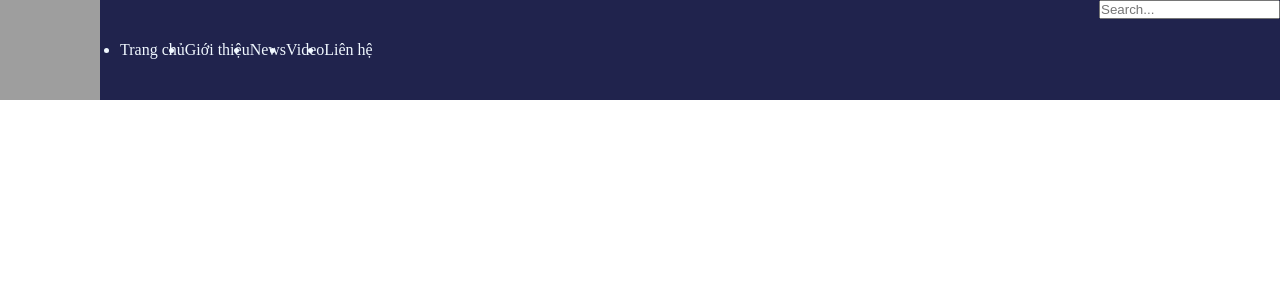
Repository: Luong-tung/newtopics
Page: index2.html
These files come from the project's save history. The page is drawn as it stood at one moment and after the next save; the edit follows.
The browser window is 1280 px wide. The pictures show the whole page.
Pictures or frames that could not be fetched are drawn as grey boxes. Some web libraries are served in a nearby version.

Above is the page before, as saved 2021-10-07 17:57:05.

### index2.html
<!DOCTYPE html>
<html lang="en">
<head>
    <meta charset="UTF-8">
    <meta http-equiv="X-UA-Compatible" content="IE=edge">
    <meta name="viewport" content="width=device-width, initial-scale=1.0">
    <title>trang web thương mai điện tử</title>
    <link rel="stylesheet" href="iu2.css">
    <link rel="stylesheet" href="https://pro.fontawesome.com/releases/v5.10.0/css/all.css" integrity="sha384-AYmEC3Yw5cVb3ZcuHtOA93w35dYTsvhLPVnYs9eStHfGJvOvKxVfELGroGkvsg+p" crossorigin="anonymous"/>
    <link rel="stylesheet" href="grid.css">

</head>
<body>
    <div class="header">
        <div class="logo">
            <img src="https://scontent.fhan3-5.fna.fbcdn.net/v/t1.15752-9/243148085_229171089102243_5702030057696055665_n.png?_nc_cat=109&ccb=1-5&_nc_sid=ae9488&_nc_ohc=MFQrVL-E3ZUAX81UgOR&_nc_ht=scontent.fhan3-5.fna&oh=bf2530340138a8a1eb55384dd7d37a9e&oe=6184EB79" alt="">


            <ul>
                <li><a href="#"></a>Trang chủ</li>
                <li><a href="#"></a>Giới thiệu</li>
                <li><a href="#"></a>News</li>
                <li><a href="#"></a>Video</li>
                <li><a href="#"></a>Liên hệ</li>
            </ul>
        </div>
        <div class="search">
            <form>
                <input type="text" name="Search" placeholder="Search...">
            </form>
        </div>









    </div>
    <script src="./main2.js"></script>
</body>
</html>

### iu2.css
*{
    padding: 0;
    margin: 0;

}
.header{
    width: 100%;
    height: 100px;
    background: rgb(32, 35, 77);
    display: flex;
    justify-content: space-between;

}
.header .logo img{
    width: 100px;
    height: 100px;

}
.header .logo{
    display: flex;
}
.header .logo ul{
    color: aliceblue;
    margin-left: 20px;
    display: flex;
    align-items: center;
    justify-content: space-between;
}
.header .logo ul li{
    line-height: none;


}

Loaded but not shown: grid.css (no stored copy; drawn as an empty file); main2.js (no stored copy; drawn as an empty file)

After the next save:
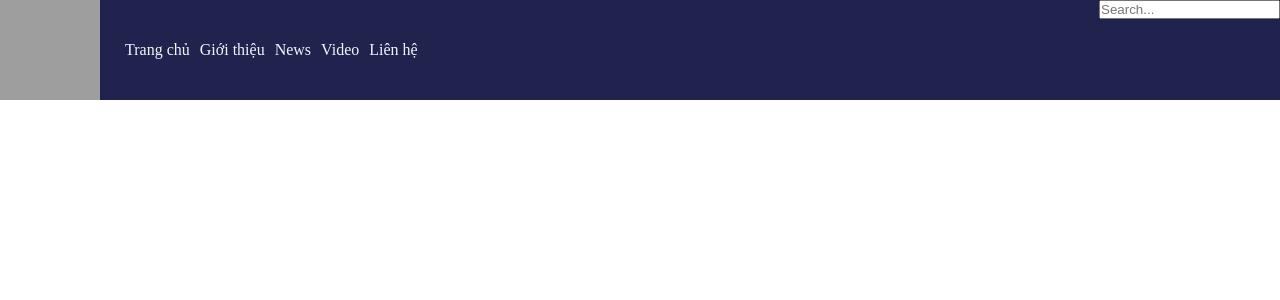
Saved 48 s later.
--- a/iu2.css
+++ b/iu2.css
@@ -27,7 +27,8 @@
     justify-content: space-between;
 }
 .header .logo ul li{
-    line-height: none;
+    list-style: none;
+    margin: 0px 5px;
 
 
 }
